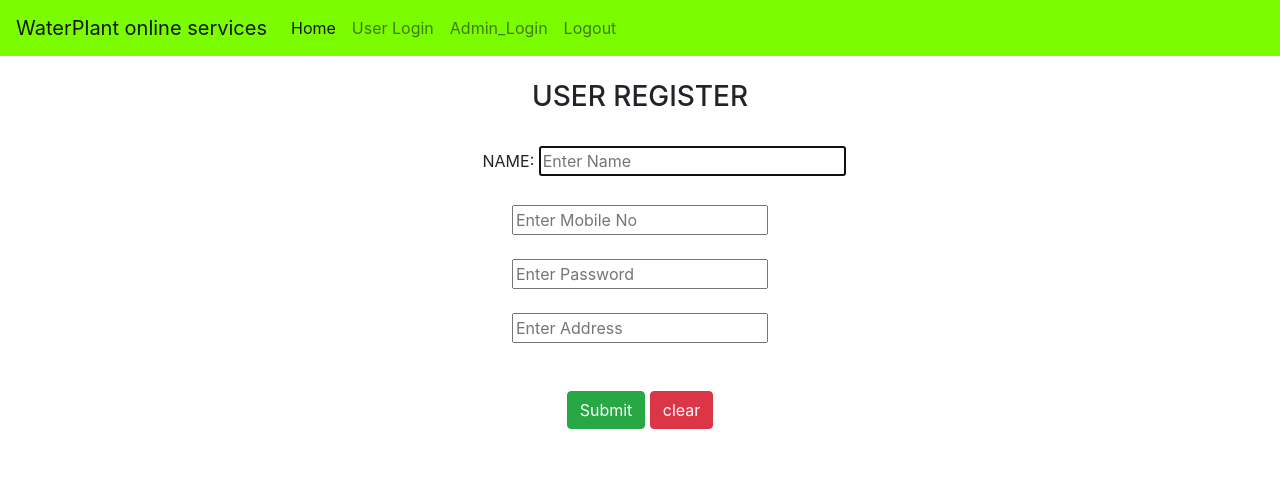
Repository: SHARMILAG97/WebApplication
Page: http://localhost/waterplant_web/userregister.jsp
An editor plug-in stored every save of this project. The page is shown before and after the next save, followed by the edit.
The browser window is 1280 px wide. The pictures show the whole page.
The page is served by Tomcat 9. Other server files are loaded and not shown.

Above is the page before, as saved 2019-09-18 09:22:07.
Console error: TypeError: Cannot read properties of undefined (reading 'fn')

### waterplant_web/src/main/webapp/userregister.jsp
<%@ page language="java" contentType="text/html; charset=ISO-8859-1"
    pageEncoding="ISO-8859-1"%>
<!DOCTYPE html>
<html>
<head>
<meta charset="ISO-8859-1">
<title>UserRegister</title>
<link rel="stylesheet" href="css/bootstrap.min.css">
<script src="js/bootstrap.min.js"></script>
<script src="js/jquery-3.4.1.min.js"></script>


<style type="text/css">
   label{
  width: 100px;
  display: inline-block;
  text-align: right;
   }
</style>



</head>


<body style="text-align:center">

<jsp:include page="headers.jsp"></jsp:include>
<%
String message = request.getParameter("message");
if (message != null){
	out.println("<font color='red'>" + message + "</font>");
}
%>

<script>

function register() {
    //alert('register');
    event.preventDefault();
    var name = document.getElementById("name").value;
    var mobileno = document.getElementById("mobileno").value;
    var password = document.getElementById("password").value;
    var address = document.getElementById("address").value;
    var formData = "name="+name+ "&mobileno=" + mobileno + "&password=" + password+ "&address="+address;
    console.log(formData);

    var url = "http://localhost:8080/waterplant_web/RegisterServlet?" + formData;
    console.log(url);
    var formData = {};
    $.get(url, function(response) {
        console.log(response);
        alert(response);
        var msg=JSON.parse(response);
       // alert(msg.errorMessage);
        if (msg.errorMessage!=null) {
            alert("Invalid Values");
            window.location.href = "userregister.jsp";
        } else {
            alert("successful Register");
            window.location.href = "userlogin.jsp";
        }
    });
}


</script>
</br><h3>USER REGISTER</h3></br>

<form onsubmit="register()">
<label>NAME:</label>
<input type="text" name="name" id="name" size=25 placeholder="Enter Name" required autofocus/>
<br/></br>


<input type="number" name="mobileno" id="mobileno" placeholder="Enter Mobile No" required />
<br/></br>


<!--<input type="password" name="password" id="password" placeholder="Enter Password" required />  -->
<input type="password" name="password" id="password" placeholder="Enter Password" required
 pattern="(?=.*\d)(?=.*[a-z])(?=.*[A-Z]).{8,}"
 title="Must contain at least one number and one uppercase and lowercase letter, and at least 8 or more characters required "/>
<br/></br>

<input type="text" name="address" id="address" placeholder="Enter Address" required />
<br/></br></br>
<input type="submit" value="Submit" class="btn btn-success">
<button type="reset" class="btn btn-danger" value="clear">clear</button>
</form>

</body>
</html>

### waterplant_web/src/main/webapp/headers.jsp

<nav class="navbar navbar-expand-md navbar-light" style="background-color: #7CFC00;">
 <a class="navbar-brand" href="index.jsp">WaterPlant online services</a>
 <button class="navbar-toggler" type="button" data-toggle="collapse" data-target="#navbarCollapse" aria-controls="navbarCollapse" aria-expanded="false" aria-label="Toggle navigation">
   <span class="navbar-toggler-icon"></span>
 </button>
 <div class="collapse navbar-collapse" id="navbarCollapse">
   <ul class="navbar-nav mr-auto">
     <li class="nav-item active">
       <a class="nav-link" href="index.jsp">Home</a>
     </li>

     <li class="nav-item">
       <a class="nav-link " href="userlogin.jsp">User Login</a>
     </li>
     <li class="nav-item">
       <a class="nav-link " href="adminlogin.jsp">Admin_Login</a>
     </li>
      <li class="nav-item">
       <a class="nav-link " href="index.jsp">Logout</a>
     </li>

   </ul>
 <!--   <form class="form-inline mt-2 mt-md-0">
   <input class="form-control mr-sm-2" type="text" placeholder="Search" aria-label="Search">
     <button class="btn btn-outline-success my-2 my-sm-0" type="submit">Search</button>
   </form>-->
 </div>
</nav>

Loaded but not shown: waterplant_web/src/main/webapp/css/bootstrap.min.css (library); waterplant_web/src/main/webapp/js/bootstrap.min.js (library); waterplant_web/src/main/webapp/js/jquery-3.4.1.min.js (library)

After the next save:
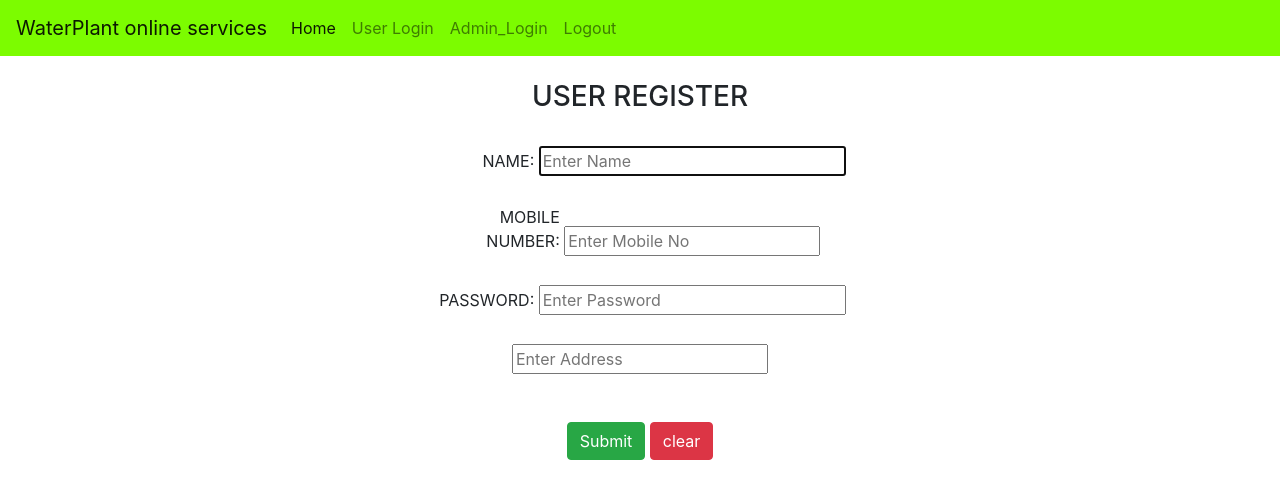
Saved 63 s later.
--- a/waterplant_web/src/main/webapp/userregister.jsp
+++ b/waterplant_web/src/main/webapp/userregister.jsp
@@ -72,13 +72,13 @@ function register() {
 <input type="text" name="name" id="name" size=25 placeholder="Enter Name" required autofocus/>
 <br/></br>
 
-
-<input type="number" name="mobileno" id="mobileno" placeholder="Enter Mobile No" required />
+<label>MOBILE NUMBER:</label>
+<input type="number" name="mobileno" id="mobileno" size=25 placeholder="Enter Mobile No" required />
 <br/></br>
 
-
+<label>PASSWORD:</label>
 <!--<input type="password" name="password" id="password" placeholder="Enter Password" required />  -->
-<input type="password" name="password" id="password" placeholder="Enter Password" required
+<input type="password" name="password" id="password" size=25 placeholder="Enter Password" required
  pattern="(?=.*\d)(?=.*[a-z])(?=.*[A-Z]).{8,}"
  title="Must contain at least one number and one uppercase and lowercase letter, and at least 8 or more characters required "/>
 <br/></br>
